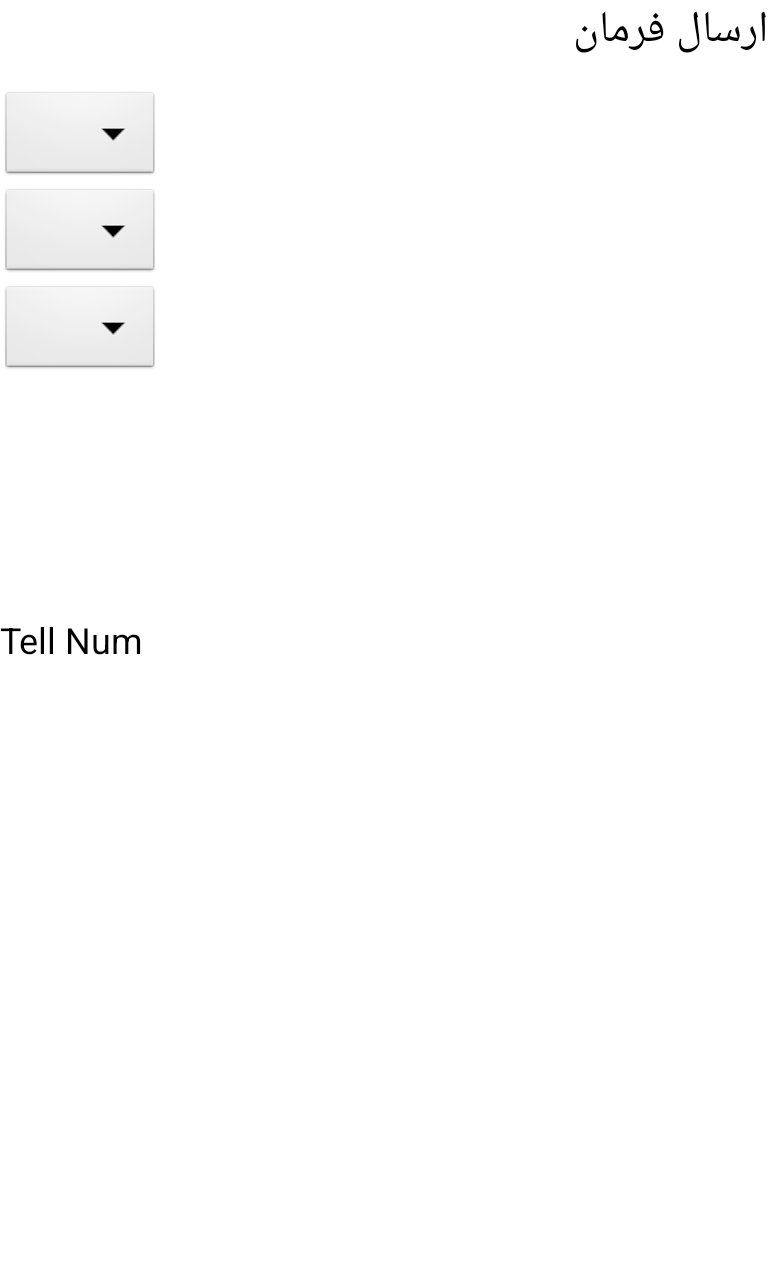
Repository: samanamp/RR-Controller
Layout: RRC app/res/layout/activity_main.xml
An editor plug-in stored every save of this project. The layout is shown before and after the next save, followed by the edit.
It is drawn on a 768 x 1280 px phone screen (xhdpi) without system bars, with theme AppTheme; the app's code is not run.

Above is the layout before, as saved 2012-08-09 23:16:17.

After the next save:
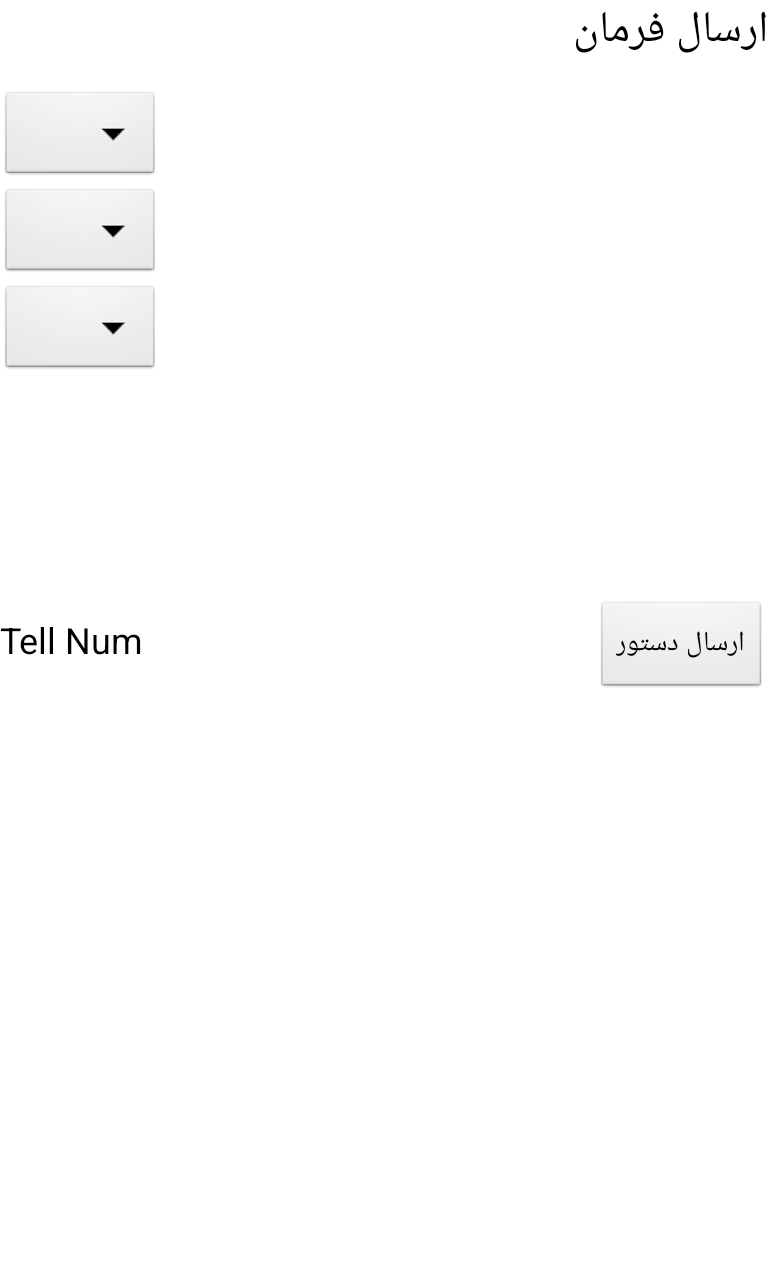
Saved 34 s later.
--- a/RRC app/res/layout/activity_main.xml
+++ b/RRC app/res/layout/activity_main.xml
@@ -43,4 +43,13 @@
         android:text="Tell Num"
         android:textAppearance="?android:attr/textAppearanceMedium" />
 
+    <Button
+        android:id="@+id/button1"
+        android:layout_width="wrap_content"
+        android:layout_height="wrap_content"
+        android:layout_alignBaseline="@+id/textView2"
+        android:layout_alignBottom="@+id/textView2"
+        android:layout_alignParentRight="true"
+        android:text="ارسال دستور" />
+
 </RelativeLayout>
